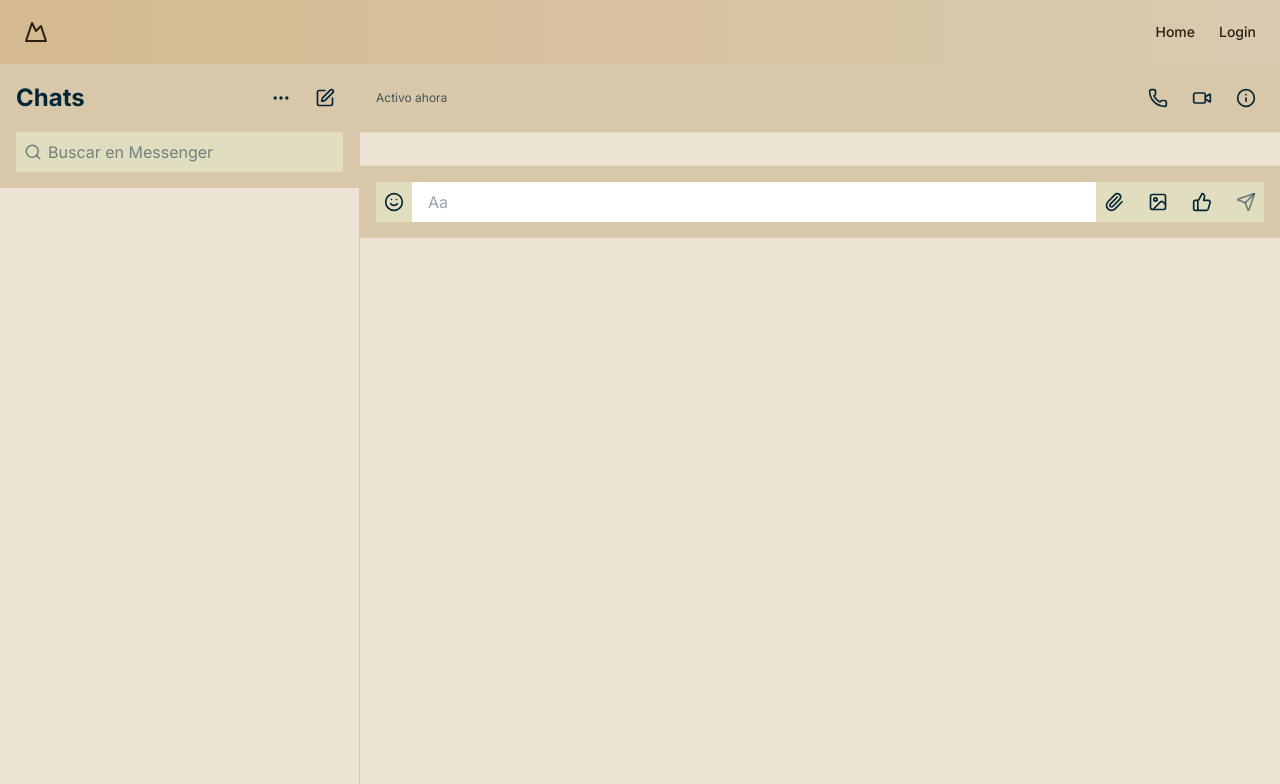
Repository: IIandreeii/Front-endTesis
Page: /mensajes
These files come from the project's save history. The page is drawn as it stood at one moment and after the next save; the edit follows.
The browser window is 1280 px wide. The pictures show the whole page.
The page's requests for data from a server got no answer. The project was rebuilt for these pictures with package versions that can differ from the ones it lists, and the page was loaded fresh each time. The framework's server and built-in components were replaced by stand-ins that run in the browser. No one was signed in, and anything a server would have sent is missing. Also part of the build but not shown: next.config.mjs.

Above is the page before, as saved 2024-11-11 23:48:06.

After the next save:
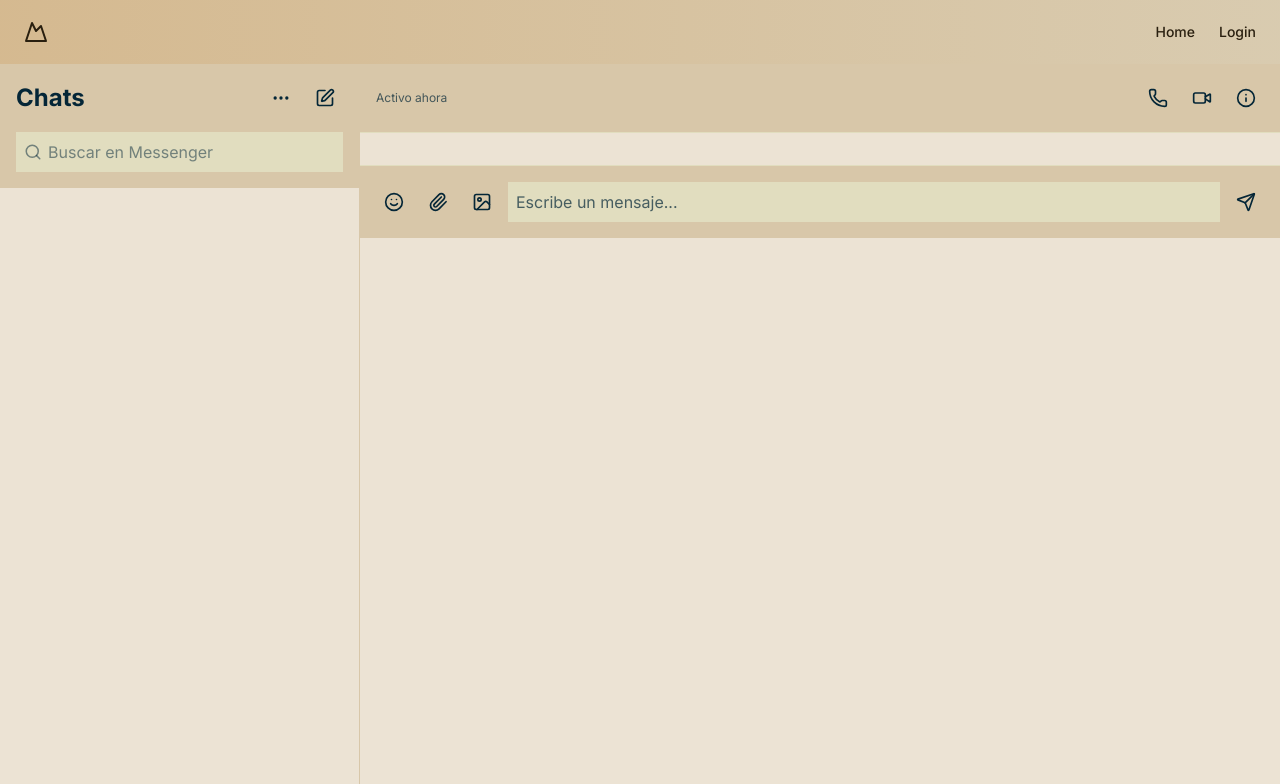
Saved 9 min 11 s later.
--- a/src/components/component/fb-messenger-complete.jsx
+++ b/src/components/component/fb-messenger-complete.jsx
@@ -208,62 +208,56 @@ const FbMessengerComplete = ({ user, receiverId }) => {
           <div className="flex space-x-2">
             <button className="text-[#042637] hover:bg-[#E1DDBF] p-2 rounded-full transition-colors">
               <Phone size={20} />
-              <span className="sr-only">Llamada de voz</span>
+              <span className="sr-only">Llamar</span>
             </button>
             <button className="text-[#042637] hover:bg-[#E1DDBF] p-2 rounded-full transition-colors">
               <Video size={20} />
               <span className="sr-only">Videollamada</span>
             </button>
-            <button className="text-[#042637] hover:bg-[#E1DDBF] p-2 rounded-full transition-colors" onClick={toggleSidebar}>
+            <button className="text-[#042637] hover:bg-[#E1DDBF] p-2 rounded-full transition-colors">
               <Info size={20} />
-              <span className="sr-only">Información del chat</span>
+              <span className="sr-only">Información</span>
             </button>
           </div>
         </div>
         <div className="flex-1 overflow-y-auto p-4 bg-[#ECE3D4]">
           {messages.map((msg, index) => (
-            <div key={index} className={`mb-4 ${msg.sender === 'user' ? 'text-right' : 'text-left'}`}>
-              <div className={`inline-block p-3 rounded-lg ${msg.sender === 'user' ? 'bg-[#D8C7A9]' : 'bg-[#E1DDBF]'}`}>
-                <p className="text-[#042637]">{msg.content}</p>
-                <p className="text-xs text-[#042637]/70 mt-1">{msg.timestamp}</p>
+            <div
+              key={index}
+              className={`mb-2 ${msg.senderId === user.id ? 'text-right' : 'text-left'}`}
+            >
+              <div
+                className={`inline-block p-2 rounded-lg ${
+                  msg.senderId === user.id ? 'bg-[#D8C7A9] text-[#042637]' : 'bg-[#E1DDBF] text-[#042637]'
+                }`}
+              >
+                {msg.text}
               </div>
             </div>
           ))}
         </div>
         <div className="p-4 bg-[#D8C7A9] border-t border-[#E1DDBF]">
-          <div className="flex items-center bg-[#E1DDBF] rounded-full">
-            <button className="text-[#042637] p-2 rounded-full hover:bg-[#ECE3D4] transition-colors">
+          <div className="flex items-center space-x-2">
+            <button className="text-[#042637] hover:bg-[#E1DDBF] p-2 rounded-full transition-colors">
               <Smile size={20} />
               <span className="sr-only">Emojis</span>
+            </button>
+            <button className="text-[#042637] hover:bg-[#E1DDBF] p-2 rounded-full transition-colors">
+              <Paperclip size={20} />
+              <span className="sr-only">Adjuntar archivo</span>
+            </button>
+            <button className="text-[#042637] hover:bg-[#E1DDBF] p-2 rounded-full transition-colors">
+              <Image size={20} />
+              <span className="sr-only">Adjuntar imagen</span>
             </button>
             <input
               type="text"
               value={message}
               onChange={(e) => setMessage(e.target.value)}
-              placeholder="Aa"
-              className="flex-1 bg-transparent px-4 py-2 focus:outline-none text-[#042637]"
+              placeholder="Escribe un mensaje..."
+              className="flex-1 p-2 rounded-full bg-[#E1DDBF] text-[#042637] placeholder-[#042637]/70 focus:outline-none"
             />
-            <div className="flex space-x-2 mr-2">
-              <button className="text-[#042637] p-2 rounded-full hover:bg-[#ECE3D4] transition-colors">
-                <Paperclip size={20} />
-                <span className="sr-only">Adjuntar archivo</span>
-              </button>
-              <button className="text-[#042637] p-2 rounded-full hover:bg-[#ECE3D4] transition-colors">
-                <Image size={20} />
-                <span className="sr-only">Adjuntar imagen</span>
-              </button>
-              <button className="text-[#042637] p-2 rounded-full hover:bg-[#ECE3D4] transition-colors">
-                <ThumbsUp size={20} />
-                <span className="sr-only">Me gusta</span>
-              </button>
-            </div>
-            <button
-              className={`p-2 rounded-full transition-colors ${
-                message.trim() ? 'bg-[#042637] text-[#ECE3D4] hover:bg-[#042637]/80' : 'text-[#042637]/50 cursor-not-allowed'
-              }`}
-              onClick={handleSend}
-              disabled={!message.trim()}
-            >
+            <button onClick={handleSend} className="text-[#042637] hover:bg-[#E1DDBF] p-2 rounded-full transition-colors">
               <Send size={20} />
               <span className="sr-only">Enviar mensaje</span>
             </button>
@@ -271,32 +265,21 @@ const FbMessengerComplete = ({ user, receiverId }) => {
         </div>
       </div>
 
-      {/* Barra lateral de información */}
-      <div className={`w-64 bg-[#ECE3D4] border-l border-[#D8C7A9] ${showSidebar ? 'block' : 'hidden'}`}>
+      {/* Sidebar de información del chat */}
+      <div
+        className={`w-full md:w-[320px] lg:w-[360px] bg-[#E1DDBF] border-l border-[#D8C7A9] flex flex-col ${
+          showSidebar ? 'block' : 'hidden'
+        }`}
+      >
+        <div className="p-4 bg-[#D8C7A9]">
+          <h2 className="font-semibold text-xl text-[#042637]">Detalles del chat</h2>
+        </div>
         <div className="p-4">
-          <h2 className="text-lg font-semibold text-[#042637] mb-4">Información del chat</h2>
-          {activeChat && (
-            <>
-              <img src={activeChat.avatar} alt="" className="w-20 h-20 rounded-full mx-auto mb-4" />
-              <h3 className="text-center font-semibold text-[#042637] mb-2">{activeChat.name}</h3>
-              <p className="text-center text-sm text-[#042637]/70 mb-4">Activo hace 5 minutos</p>
-            </>
-          )}
-          <div className="space-y-2">
-            <button className="w-full text-left text-[#042637] hover:bg-[#D8C7A9] p-2 rounded transition-colors">
-              Ver archivos compartidos
-            </button>
-            <button className="w-full text-left text-[#042637] hover:bg-[#D8C7A9] p-2 rounded transition-colors">
-              Ver fotos compartidas
-            </button>
-            <button className="w-full text-left text-[#042637] hover:bg-[#D8C7A9] p-2 rounded transition-colors">
-              Buscar en la conversación
-            </button>
-          </div>
+          {/* Aquí puedes agregar más contenido relacionado con la información del chat */}
         </div>
       </div>
     </div>
   )
 }
 
-export default dynamic(() => Promise.resolve(FbMessengerComplete), { ssr: false });
+export default dynamic(() => Promise.resolve(FbMessengerComplete), { ssr: false })
